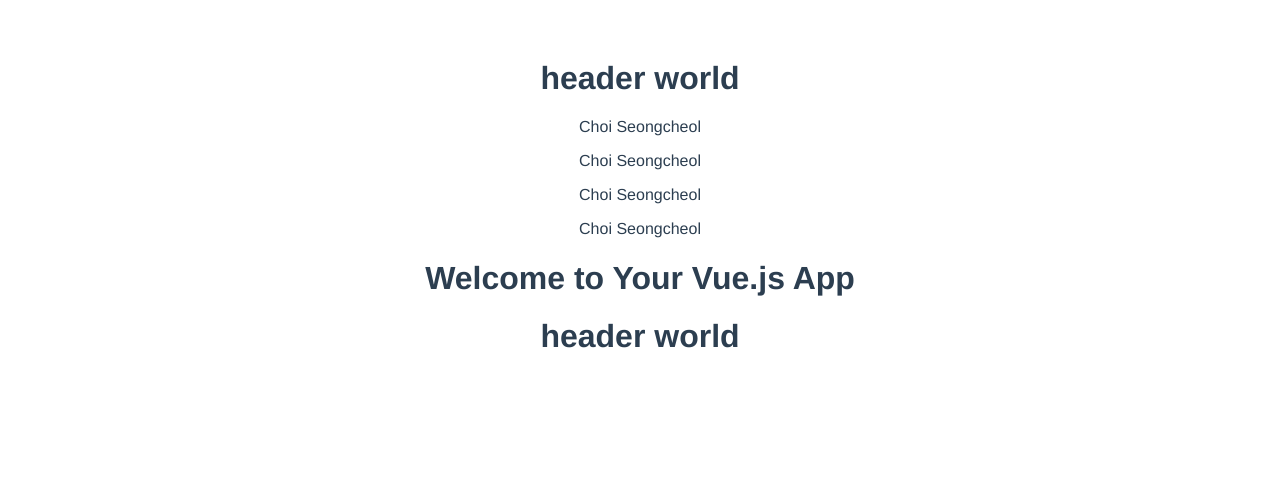
Repository: anhthu112/Todo-list
Page: /
The author's editor kept a copy of each file at every save. The page is drawn from the files as they stood at one save, then again after the next save.
The browser window is 1280 px wide. The pictures show the whole page.
The project was rebuilt for these pictures with package versions that can differ from the ones it lists, and the page was loaded fresh each time. Also part of the build but not shown: vue.config.js.

Above is the page before, as saved 2024-01-22 15:30:58.

### src/App.vue
<template>
  <CompHeader v-bind:title="title"/>
  <ListUser v-bind:listUser="listUser"/>
  <HelloWorld msg="Welcome to Your Vue.js App"/>
  <ComFooter v-bind:title="title"/>
</template>

<script>
import HelloWorld from './components/HelloWorld.vue'
import CompHeader from './components/CompHeader.vue';
import ComFooter from './components/ComFooter.vue';
import ListUser from './components/ListUser.vue';
export default {
  name: 'App',
  data(){
    return {
      title:'header world',
      listUser : [
        {id:1000, email:'anhthu1@gamil.com', active: true},
        {id:1001, email:'anhth2@gamil.com', active: true},
        {id:1002, email:'anhthu3@gamil.com', active: true},
        {id:1003, email:'anhthu4@gamil.com', active: false}
      ]
    }
  },
  components: {
    HelloWorld,
    CompHeader,
    ComFooter,
    ListUser
}
}
</script>

<style>
#app {
  font-family: Avenir, Helvetica, Arial, sans-serif;
  -webkit-font-smoothing: antialiased;
  -moz-osx-font-smoothing: grayscale;
  text-align: center;
  color: #2c3e50;
  margin-top: 60px;
}
</style>

### src/components/CompHeader.vue
<template>
    <header><h1>{{ title }}</h1></header>
</template>
<script>
    export default{
        name: 'comp-header',
        props:{
            title: String,
        },
        data (){
            return {
            }
        }
    }
</script>

### src/components/ComFooter.vue
<template>
    <footer>
            <h1>{{ title }}</h1>
    </footer>

</template>
<script>
    export default{
        name: 'comp-footer',
        props: {
            title: String,
        }
    }
</script>

### src/components/ListUser.vue
<template>
    <div class="list-user">
      <User v-for="user in listUser" v-bind:key="user.id" v-bind:user="user" />
    </div>
</template>

  <script>
  import User from './User.vue';
  export default {
    name: 'ListUser',
    props: {
      listUser: {
        type: Array,
      },
    },
    components: {
      User,
    },
  };
  </script>

### src/components/User.vue
<template>
    <div class="user">
        <p>Choi Seongcheol</p>
    </div>
</template>
<script>
    export default {
        name: 'userComponent',
        // props:{
        //     user : {
        //         type: Object,
        //     }
        // },
        data (){
            return {

            }
        }
    }
</script>

Loaded but not shown: public/index.html (common file); src/main.js (common file); src/components/HelloWorld.vue (common file)

After the next save:
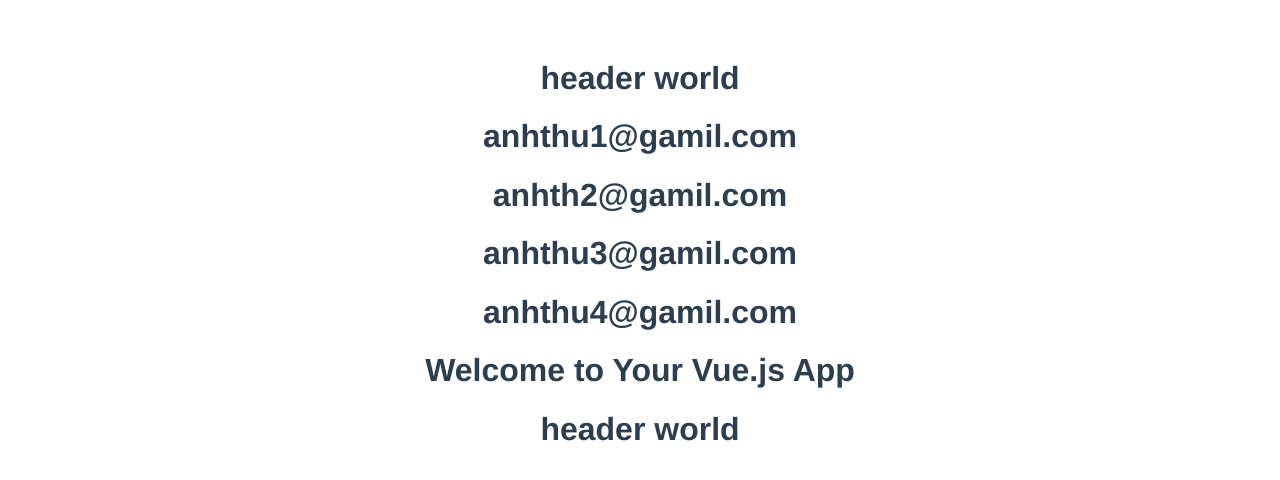
Saved 58 s later.
--- a/src/components/User.vue
+++ b/src/components/User.vue
@@ -1,16 +1,16 @@
 <template>
     <div class="user">
-        <p>Choi Seongcheol</p>
+        <h1>{{ user.email }}</h1>
     </div>
 </template>
 <script>
     export default {
         name: 'userComponent',
-        // props:{
-        //     user : {
-        //         type: Object,
-        //     }
-        // },
+        props:{
+            user : {
+                type: Object,
+            }
+        },
         data (){
             return {
 
